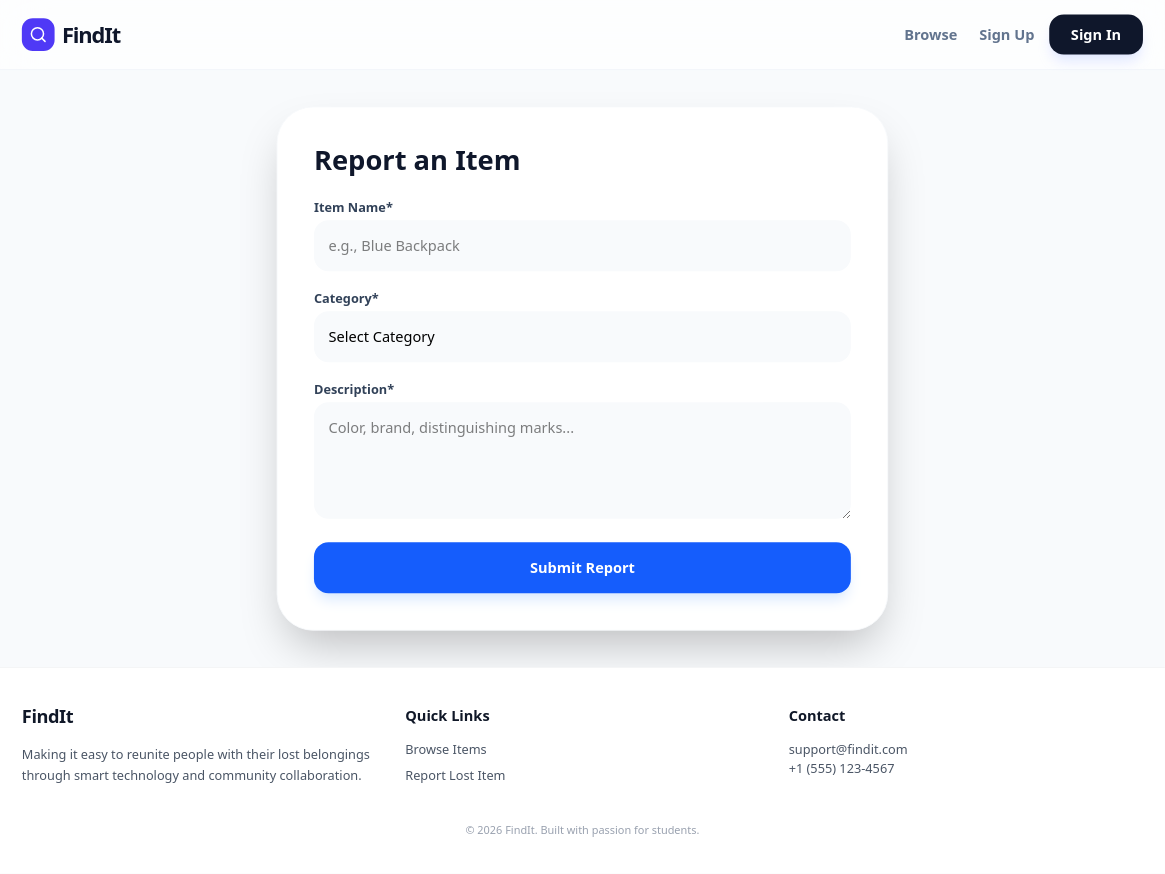
Repository: roygaurav007/lost-and-found
Page: /report (app in Frontend/client/)
An editor plug-in stored every save of this project. The page is shown before and after a run of saves, followed by the edit.
The browser window is 1280 px wide. The pictures show the whole page, at 91% of full size.
The project was rebuilt for these pictures with package versions that can differ from the ones it lists, and the page was loaded fresh each time. Also part of the build but not shown: Frontend/client/vite.config.js, Frontend/client/src/pages/Home.jsx, Frontend/client/src/pages/Login.jsx, Frontend/client/src/pages/Signup.jsx, Frontend/client/src/pages/BrowseItems.jsx, Frontend/client/src/pages/AdminDashboard.jsx, Frontend/client/src/pages/UserDashboard.jsx.

Above is the page before, as saved 2026-02-04 19:52:54.

### Frontend/client/src/main.jsx
import React from 'react'
import ReactDOM from 'react-dom/client'
import { BrowserRouter } from 'react-router-dom'
import App from './App'
import './styles/global.css' // We are pointing to our new style folder

ReactDOM.createRoot(document.getElementById('root')).render(
  <React.StrictMode>
    <BrowserRouter>
      <App />
    </BrowserRouter>
  </React.StrictMode>,
)

### Frontend/client/src/App.jsx
import { Routes, Route, Navigate } from 'react-router-dom';
import { Toaster } from 'react-hot-toast';
// OLD: import { AuthProvider, useAuth } from '../context/AuthContext';
import { AuthProvider, useAuth } from './context/AuthContext'; // NEW: Pointing to current directory
import Layout from './components/Layout';
import Home from './pages/Home';
import Login from './pages/Login';
import Signup from './pages/Signup'; // 🆕 Import Signup
import ReportItem from './pages/ReportItem';
import BrowseItems from './pages/BrowseItems';
import AdminDashboard from './pages/AdminDashboard';
import UserDashboard from './pages/UserDashboard';

const ProtectedRoute = ({ children, allowedRole }) => {
  const { user } = useAuth();
  if (!user) return <Navigate to="/login" replace />;
  if (user.role !== allowedRole) return <Navigate to="/" replace />;
  return children;
};

function AppContent() {
  return (
    <Layout>
      <Toaster position="top-center" />
      <Routes>
        <Route path="/" element={<Home />} />
        <Route path="/login" element={<Login />} />
        <Route path="/signup" element={<Signup />} /> {/* 🆕 Added Route */}
        <Route path="/browse" element={<BrowseItems />} />

        <Route path="/student-hub" element={
          <ProtectedRoute allowedRole="user"><UserDashboard /></ProtectedRoute>
        } />
        <Route path="/admin" element={
          <ProtectedRoute allowedRole="admin"><AdminDashboard /></ProtectedRoute>
        } />

        <Route path="/report" element={<ReportItem />} />
        <Route path="*" element={<div className="py-20 text-center font-bold text-2xl">404: Not Found</div>} />
      </Routes>
    </Layout>
  );
}

export default function App() {
  return (
    <AuthProvider>
      <AppContent />
    </AuthProvider>
  );
}

### Frontend/client/src/context/AuthContext.jsx
import { createContext, useContext, useState, useEffect } from 'react';
import toast from 'react-hot-toast';

const AuthContext = createContext();

export const AuthProvider = ({ children }) => {
  const [user, setUser] = useState(null);
  const [loading, setLoading] = useState(true);

  useEffect(() => {
    const savedUser = localStorage.getItem('findit_user');
    if (savedUser) setUser(JSON.parse(savedUser));
    setLoading(false);
  }, []);

  // 🔐 Logic for safe API calls
  const handleAuthResponse = async (response) => {
    const contentType = response.headers.get("content-type");
    if (!contentType || !contentType.includes("application/json")) {
      const textError = await response.text();
      console.error("Non-JSON Error from Server:", textError);
      throw new Error("Server error: Check if backend is running on port 5000");
    }
    return await response.json();
  };

  const login = async (email, password) => {
    try {
      // ✅ Added '/api' prefix to match server.js
      const response = await fetch(`${import.meta.env.VITE_API_URL}/auth/login`, {
        method: 'POST',
        headers: { 'Content-Type': 'application/json' },
        body: JSON.stringify({ email, password }),
      });

      const data = await handleAuthResponse(response);

      if (!response.ok) throw new Error(data.message || 'Login failed');

      setUser(data.user);
      localStorage.setItem('findit_token', data.token);
      localStorage.setItem('findit_user', JSON.stringify(data.user));
      return true;
    } catch (error) {
      toast.error(error.message);
      return false;
    }
  };

  const register = async (userData) => {
    try {
      // ✅ Added '/api' prefix to match server.js
      const response = await fetch(`${import.meta.env.VITE_API_URL}/auth/register`, {
        method: 'POST',
        headers: { 'Content-Type': 'application/json' },
        body: JSON.stringify(userData),
      });

      const data = await handleAuthResponse(response);

      if (!response.ok) throw new Error(data.message || 'Registration failed');

      setUser(data.user);
      localStorage.setItem('findit_token', data.token);
      localStorage.setItem('findit_user', JSON.stringify(data.user));
      return true;
    } catch (error) {
      toast.error(error.message);
      return false;
    }
  };

  const logout = () => {
    setUser(null);
    localStorage.removeItem('findit_user');
    localStorage.removeItem('findit_token');
    toast.success('Logged out successfully');
  };

  return (
    <AuthContext.Provider value={{ user, login, register, logout, loading }}>
      {!loading && children}
    </AuthContext.Provider>
  );
};

export const useAuth = () => useContext(AuthContext);

### Frontend/client/src/components/Layout.jsx
import Navbar from './Navbar';
import Footer from './Footer';

const Layout = ({ children }) => {
  return (
    <div className="min-h-screen flex flex-col bg-slate-50">
      <Navbar />
      <main className="flex-grow container mx-auto px-6 py-10">
        {children}
      </main>
      <Footer />
    </div>
  );
};

export default Layout;

### Frontend/client/src/pages/ReportItem.jsx
import { useForm } from 'react-hook-form';
import { zodResolver } from '@hookform/resolvers/zod';
import { reportSchema } from '../utils/formSchemas';
import toast from 'react-hot-toast';
import { useAuth } from '../context/AuthContext'; // Import context

const ReportItem = () => {
  const { user } = useAuth(); // Get user for auth verification
  const { register, handleSubmit, formState: { errors }, reset } = useForm({
    resolver: zodResolver(reportSchema),
  });

  const onSubmit = async (data) => {
    const token = localStorage.getItem('findit_token'); // Retrieve the JWT

    try {
      const response = await fetch(`${import.meta.env.VITE_API_URL}/items`, {
        method: 'POST',
        headers: {
          'Content-Type': 'application/json',
          'x-auth-token': token // Pass token to your backend middleware
        },
        body: JSON.stringify({
          title: data.itemName, // Map frontend 'itemName' to backend 'title'
          description: data.description,
          category: data.category,
          location: data.location || "N/A", // Ensure location is provided
        }),
      });

      const result = await response.json();

      if (response.ok) {
        toast.success("Item reported successfully and saved to DB!");
        reset();
      } else {
        toast.error(result.message || "Failed to save item.");
      }
    } catch (err) {
      toast.error("Server connection error.");
    }
  };

  return (
    <div className="max-w-2xl mx-auto bg-white p-10 rounded-[2.5rem] shadow-2xl border border-slate-50">
      <h2 className="text-3xl font-black mb-6 text-slate-900">Report an Item</h2>
      <form onSubmit={handleSubmit(onSubmit)} className="space-y-5">
        <div>
          <label className="block text-sm font-bold text-slate-700 mb-1">Item Name*</label>
          <input {...register("itemName")} placeholder="e.g., Blue Backpack" className="w-full p-4 bg-slate-50 rounded-2xl outline-none focus:ring-2 focus:ring-blue-500 transition" />
          {errors.itemName && <p className="text-red-500 text-xs mt-1">{errors.itemName.message}</p>}
        </div>

        <div>
          <label className="block text-sm font-bold text-slate-700 mb-1">Category*</label>
          <select {...register("category")} className="w-full p-4 bg-slate-50 rounded-2xl outline-none focus:ring-2 focus:ring-blue-500 appearance-none">
            <option value="">Select Category</option>
            <option value="electronics">Electronics</option>
            <option value="documents">Documents</option>
            <option value="wallets">Wallets/Bags</option>
            <option value="other">Other</option>
          </select>
          {errors.category && <p className="text-red-500 text-xs mt-1">{errors.category.message}</p>}
        </div>

        <div>
          <label className="block text-sm font-bold text-slate-700 mb-1">Description*</label>
          <textarea {...register("description")} className="w-full p-4 bg-slate-50 rounded-2xl h-32 outline-none focus:ring-2 focus:ring-blue-500 transition" placeholder="Color, brand, distinguishing marks..." />
          {errors.description && <p className="text-red-500 text-xs mt-1">{errors.description.message}</p>}
        </div>

        <button type="submit" className="w-full bg-blue-600 text-white py-4 rounded-2xl font-black hover:bg-blue-700 transition shadow-lg shadow-blue-100">
          Submit Report
        </button>
      </form>
    </div>
  );
};

export default ReportItem;

### Frontend/client/src/components/Navbar.jsx
import { Link, useNavigate } from 'react-router-dom';
import { motion } from 'framer-motion';
import { useAuth } from '../context/AuthContext';
import { Search, LogOut, ShieldCheck, LayoutDashboard } from 'lucide-react';

const Navbar = () => {
  const { user, logout } = useAuth();
  const navigate = useNavigate();

  const handleLogout = () => {
    logout();
    navigate('/');
  };

  return (
    <nav className="sticky top-0 z-50 bg-white/70 backdrop-blur-xl border-b border-slate-100 px-6 py-4">
      <div className="max-w-7xl mx-auto flex justify-between items-center">
        <Link to="/" className="flex items-center gap-2 group">
          <motion.div whileHover={{ rotate: 15 }} className="bg-indigo-600 p-2 rounded-xl text-white">
            <Search size={20} />
          </motion.div>
          <span className="text-2xl font-black text-slate-900 tracking-tighter">FindIt</span>
        </Link>

        <div className="hidden md:flex items-center gap-6">
          <Link to="/browse" className="text-slate-500 font-bold hover:text-indigo-600 transition">Browse</Link>

          {user?.role === 'admin' && (
            <Link to="/admin" className="flex items-center gap-2 bg-rose-50 text-rose-600 px-4 py-2 rounded-xl font-black border border-rose-100">
              <ShieldCheck size={18} /> Admin Panel
            </Link>
          )}

{user ? (
  <button onClick={handleLogout} className="flex items-center gap-2 text-slate-600 font-bold hover:text-rose-500 transition">
    <LogOut size={18} /> Logout
  </button>
) : (
  <div className="flex items-center gap-4">
    <Link to="/signup" className="text-slate-500 font-bold hover:text-indigo-600 transition">
      Sign Up
    </Link>
    <Link to="/login" className="bg-slate-900 text-white px-6 py-2.5 rounded-2xl font-bold hover:bg-indigo-600 transition shadow-lg shadow-indigo-100">
      Sign In
    </Link>
  </div>
)}

        </div>
      </div>
    </nav>
  );
};

export default Navbar;

### Frontend/client/src/components/Footer.jsx
const Footer = () => {
  return (
    <footer className="bg-white border-t border-gray-100 py-10 mt-auto">
      <div className="max-w-7xl mx-auto px-6 grid grid-cols-1 md:grid-cols-3 gap-8 text-gray-600">
        <div>
          <h3 className="text-gray-900 font-black text-xl mb-4 tracking-tight">FindIt</h3>
          <p className="text-sm leading-relaxed">Making it easy to reunite people with their lost belongings through smart technology and community collaboration.</p>
        </div>
        <div>
          <h4 className="font-bold text-gray-900 mb-4">Quick Links</h4>
          <ul className="space-y-2 text-sm">
            <li><a href="/browse" className="hover:text-blue-600 transition">Browse Items</a></li>
            <li><a href="/report" className="hover:text-blue-600 transition">Report Lost Item</a></li>
          </ul>
        </div>
        <div>
          <h4 className="font-bold text-gray-900 mb-4">Contact</h4>
          <p className="text-sm">support@findit.com</p>
          <p className="text-sm">+1 (555) 123-4567</p>
        </div>
      </div>
      <div className="text-center mt-10 text-xs text-gray-400">
        © 2026 FindIt. Built with passion for students.
      </div>
    </footer>
  );
};

export default Footer;

### Frontend/client/src/utils/formSchemas.js
import { z } from 'zod';

export const reportSchema = z.object({
  itemName: z.string().min(3, "Item name must be at least 3 characters"),
  category: z.string().min(1, "Please select a category"),
  description: z.string().min(10, "Please provide a detailed description"),
  location: z.string().min(3, "Tell us where you lost/found it"),
  date: z.string().min(1, "Date is required"),
});

Loaded but not shown: Frontend/client/index.html (common file); Frontend/client/src/styles/global.css (common file)

After the next 2 saves:
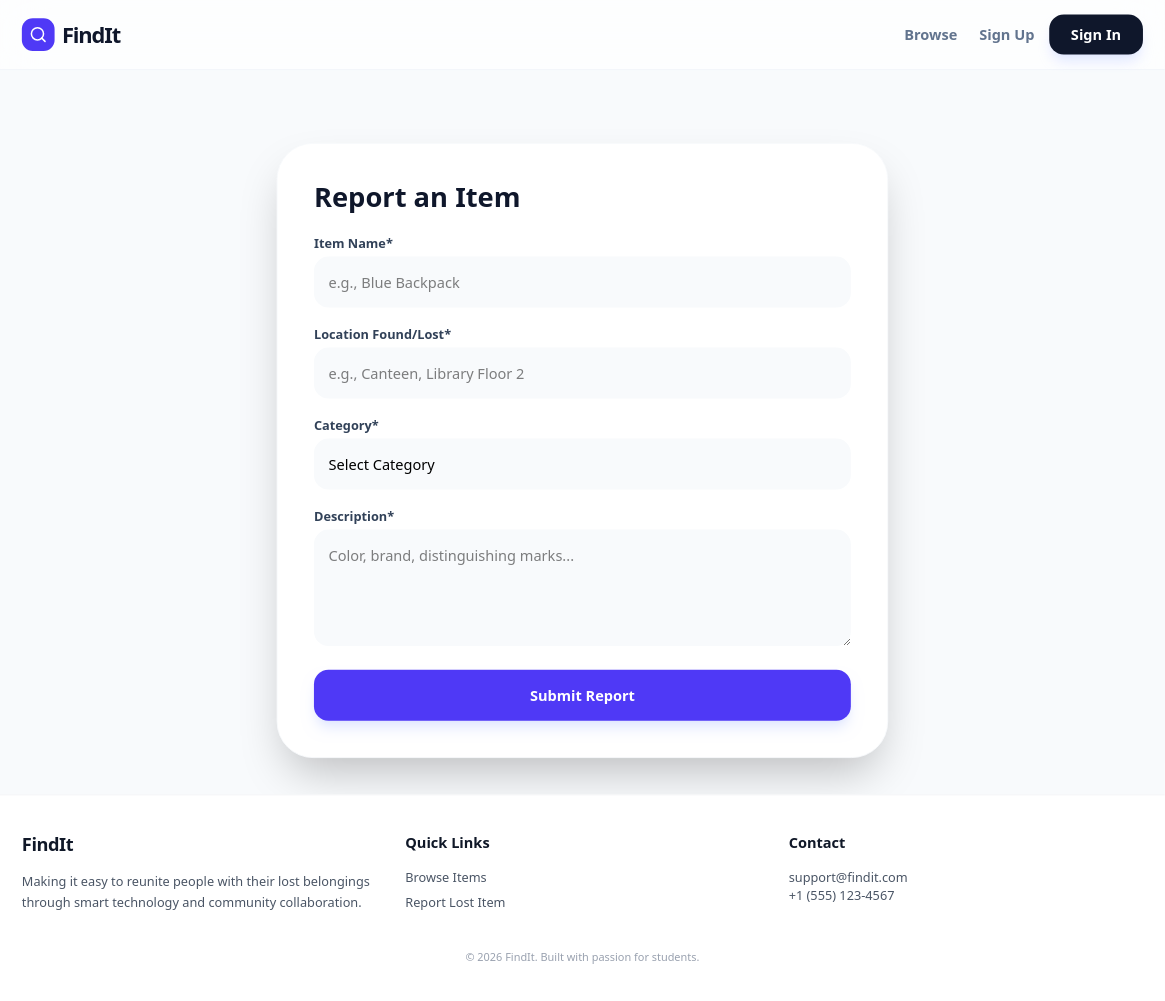
The 2 saves are shown as one change because they came seconds apart.
The last was saved 18 min 34 s later.
--- a/Frontend/client/src/pages/ReportItem.jsx
+++ b/Frontend/client/src/pages/ReportItem.jsx
@@ -2,36 +2,36 @@ import { useForm } from 'react-hook-form';
 import { zodResolver } from '@hookform/resolvers/zod';
 import { reportSchema } from '../utils/formSchemas';
 import toast from 'react-hot-toast';
-import { useAuth } from '../context/AuthContext'; // Import context
+import { useAuth } from '../context/AuthContext';
 
 const ReportItem = () => {
-  const { user } = useAuth(); // Get user for auth verification
+  const { user } = useAuth();
   const { register, handleSubmit, formState: { errors }, reset } = useForm({
     resolver: zodResolver(reportSchema),
   });
 
   const onSubmit = async (data) => {
-    const token = localStorage.getItem('findit_token'); // Retrieve the JWT
+    const token = localStorage.getItem('findit_token');
 
     try {
       const response = await fetch(`${import.meta.env.VITE_API_URL}/items`, {
         method: 'POST',
         headers: {
           'Content-Type': 'application/json',
-          'x-auth-token': token // Pass token to your backend middleware
+          'x-auth-token': token
         },
         body: JSON.stringify({
-          title: data.itemName, // Map frontend 'itemName' to backend 'title'
+          title: data.itemName,
           description: data.description,
           category: data.category,
-          location: data.location || "N/A", // Ensure location is provided
+          location: data.location, // 📍 Sending the real location now
         }),
       });
 
       const result = await response.json();
 
       if (response.ok) {
-        toast.success("Item reported successfully and saved to DB!");
+        toast.success("Item reported successfully!");
         reset();
       } else {
         toast.error(result.message || "Failed to save item.");
@@ -42,18 +42,28 @@ const ReportItem = () => {
   };
 
   return (
-    <div className="max-w-2xl mx-auto bg-white p-10 rounded-[2.5rem] shadow-2xl border border-slate-50">
-      <h2 className="text-3xl font-black mb-6 text-slate-900">Report an Item</h2>
-      <form onSubmit={handleSubmit(onSubmit)} className="space-y-5">
+    <div className="max-w-2xl mx-auto bg-white p-10 rounded-[2.5rem] shadow-2xl border border-slate-50 mt-10">
+      <h2 className="text-3xl font-black mb-6 text-slate-900 text-left">Report an Item</h2>
+      <form onSubmit={handleSubmit(onSubmit)} className="space-y-5 text-left">
+
+        {/* Item Name */}
         <div>
-          <label className="block text-sm font-bold text-slate-700 mb-1">Item Name*</label>
-          <input {...register("itemName")} placeholder="e.g., Blue Backpack" className="w-full p-4 bg-slate-50 rounded-2xl outline-none focus:ring-2 focus:ring-blue-500 transition" />
+          <label className="block text-sm font-bold text-slate-700 mb-1 text-left">Item Name*</label>
+          <input {...register("itemName")} placeholder="e.g., Blue Backpack" className="w-full p-4 bg-slate-50 rounded-2xl outline-none focus:ring-2 focus:ring-indigo-500 transition" />
           {errors.itemName && <p className="text-red-500 text-xs mt-1">{errors.itemName.message}</p>}
         </div>
 
+        {/* 📍 NEW: Location Input Field */}
         <div>
-          <label className="block text-sm font-bold text-slate-700 mb-1">Category*</label>
-          <select {...register("category")} className="w-full p-4 bg-slate-50 rounded-2xl outline-none focus:ring-2 focus:ring-blue-500 appearance-none">
+          <label className="block text-sm font-bold text-slate-700 mb-1 text-left">Location Found/Lost*</label>
+          <input {...register("location")} placeholder="e.g., Canteen, Library Floor 2" className="w-full p-4 bg-slate-50 rounded-2xl outline-none focus:ring-2 focus:ring-indigo-500 transition" />
+          {errors.location && <p className="text-red-500 text-xs mt-1">{errors.location.message}</p>}
+        </div>
+
+        {/* Category */}
+        <div>
+          <label className="block text-sm font-bold text-slate-700 mb-1 text-left">Category*</label>
+          <select {...register("category")} className="w-full p-4 bg-slate-50 rounded-2xl outline-none focus:ring-2 focus:ring-indigo-500 appearance-none">
             <option value="">Select Category</option>
             <option value="electronics">Electronics</option>
             <option value="documents">Documents</option>
@@ -63,13 +73,14 @@ const ReportItem = () => {
           {errors.category && <p className="text-red-500 text-xs mt-1">{errors.category.message}</p>}
         </div>
 
+        {/* Description */}
         <div>
-          <label className="block text-sm font-bold text-slate-700 mb-1">Description*</label>
-          <textarea {...register("description")} className="w-full p-4 bg-slate-50 rounded-2xl h-32 outline-none focus:ring-2 focus:ring-blue-500 transition" placeholder="Color, brand, distinguishing marks..." />
+          <label className="block text-sm font-bold text-slate-700 mb-1 text-left">Description*</label>
+          <textarea {...register("description")} className="w-full p-4 bg-slate-50 rounded-2xl h-32 outline-none focus:ring-2 focus:ring-indigo-500 transition" placeholder="Color, brand, distinguishing marks..." />
           {errors.description && <p className="text-red-500 text-xs mt-1">{errors.description.message}</p>}
         </div>
 
-        <button type="submit" className="w-full bg-blue-600 text-white py-4 rounded-2xl font-black hover:bg-blue-700 transition shadow-lg shadow-blue-100">
+        <button type="submit" className="w-full bg-indigo-600 text-white py-4 rounded-2xl font-black hover:bg-indigo-700 transition shadow-lg shadow-indigo-100">
           Submit Report
         </button>
       </form>
